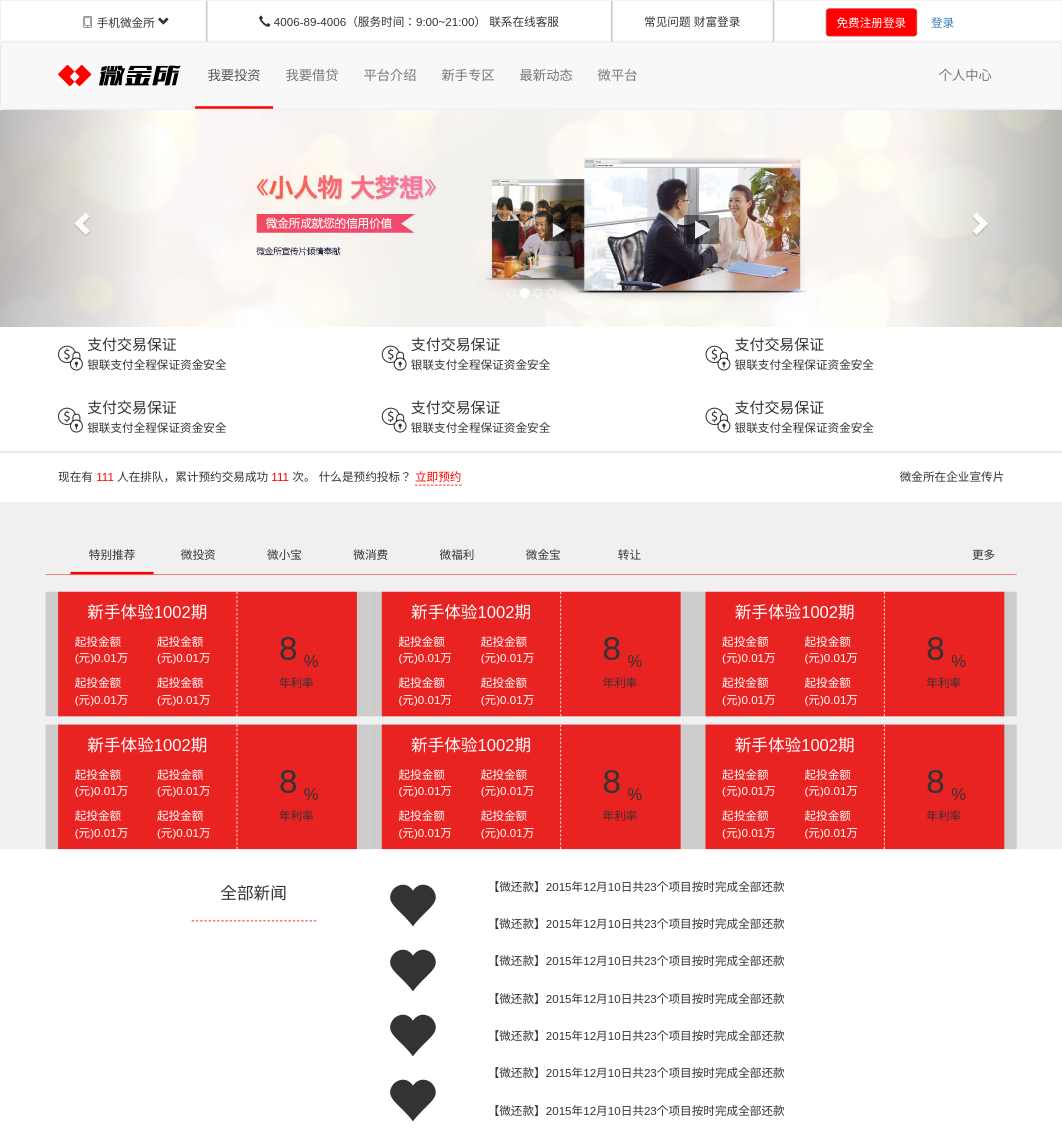
Repository: pwy114pwy/project_02
Page: 菜单.html
The author's editor kept a copy of each file at every save. The page is drawn from the files as they stood at one save, then again after a run of saves.
The browser window is 1280 px wide. The pictures show the whole page, at 83% of full size.
The style sheet was rebuilt from its Sass, Less or Tailwind sources for each picture, by a compiler version that may differ from the author's.

Above is the page before, as saved 2022-11-23 18:11:22.

### 菜单.html
<!DOCTYPE html>
<html lang="en">

<head>
    <!-- 页面的编码格式 -->
    <meta charset="UTF-8">
    <!-- 为了使IE浏览器以最新浏览器edge来渲染页面 -->
    <meta http-equiv="X-UA-Compatible" content="IE=edge">
    <!-- 视口vp，针对于移动端 -->
    <meta name="viewport" content="width=device-width, initial-scale=1.0">
    <!-- 引入Bootstrap框架的CSS样式 -->
    <link rel="stylesheet" href="./lib/bootstrap/css/bootstrap.css">
    <link rel="stylesheet" href="./css/base.css">
    <link rel="stylesheet" href="./css/01.css">
    <title>Document</title>
</head>

<body>
    <header class="wjs-top hidden-xs hidden-sm">
        <div class="container">
            <div class="row">
                <div class="col-md-2">
                    <a href="">
                        <span class="wjs_icon wjs_icon_phone"></span>
                        <span>手机微金所</span>
                        <span class="glyphicon glyphicon-chevron-down"></span>
                        <img src="./images/code.jpg" alt="">
                    </a>
                </div>
                <div class="col-md-5">
                    <span class="glyphicon glyphicon-earphone"></span>
                    <span>4006-89-4006（服务时间：9:00~21:00） 联系在线客服</span>
                </div>
                <div class="col-md-2">
                    <a href="">常见问题</a>
                    <a href="">财富登录</a>
                </div>
                <div class="col-md-3">
                    <button type="button" class="btn btn-danger">免费注册登录</button>


                    <button type="button" class="btn btn-link">登录</button>
                </div>
            </div>
        </div>
    </header>


    <nav class="navbar navbar-default wjs-navbar">
        <div class="container">
            <!-- Brand and toggle get grouped for better mobile display -->
            <div class="navbar-header">
                <button type="button" class="navbar-toggle collapsed" data-toggle="collapse"
                    data-target="#bs-example-navbar-collapse-1" aria-expanded="false">
                    <span class="sr-only">Toggle navigation</span>
                    <span class="icon-bar"></span>
                    <span class="icon-bar"></span>
                    <span class="icon-bar"></span>
                </button>
                <a class="navbar-brand" href="#">
                    <span class="wjs_icon wjs_icon_logo"></span>
                    <span class="wjs_icon wjs_icon_text"></span>
                </a>
            </div>

            <!-- Collect the nav links, forms, and other content for toggling -->
            <div class="collapse navbar-collapse" id="bs-example-navbar-collapse-1">
                <ul class="nav navbar-nav wjs-navbar-nav">
                    <li class="active"><a href="#">我要投资 <span class="sr-only">(current)</span></a></li>
                    <li><a href="#">我要借贷</a></li>
                    <li><a href="#">平台介绍</a></li>
                    <li><a href="#">新手专区</a></li>
                    <li><a href="#">最新动态</a></li>
                    <li><a href="#">微平台</a></li>

                </ul>

                <ul class="nav navbar-nav navbar-right">
                    <li><a href="#">个人中心</a></li>

                </ul>
            </div><!-- /.navbar-collapse -->
        </div><!-- /.container-fluid -->
    </nav>

    <div class="lunbo visible-md visible-lg">
        <div id="carousel-example-generic" class="carousel slide" data-ride="carousel">
            <!-- Indicators -->
            <ol class="carousel-indicators">
              <li data-target="#carousel-example-generic" data-slide-to="0" class="active"></li>
              <li data-target="#carousel-example-generic" data-slide-to="1"></li>
              <li data-target="#carousel-example-generic" data-slide-to="2"></li>
              <li data-target="#carousel-example-generic" data-slide-to="3"></li>
            </ol>

            <!-- Wrapper for slides -->
            <div class="carousel-inner" role="listbox">
              <div class="item active">
                <img src="./images/slide_01_2000x410.jpg" alt="...">
                <div class="carousel-caption">

                </div>
              </div>
              <div class="item">
                <img src="./images/slide_02_2000x410.jpg" alt="...">
                <div class="carousel-caption">

                </div>
              </div>
              <div class="item">
                <img src="./images/slide_03_2000x410.jpg" alt="...">
                <div class="carousel-caption">

                </div>
              </div>
              <div class="item">
                <img src="./images/slide_04_2000x410.jpg" alt="...">
                <div class="carousel-caption">

                </div>
              </div>

            </div>

            <!-- Controls -->
            <a class="left carousel-control" href="#carousel-example-generic" role="button" data-slide="prev">
              <span class="glyphicon glyphicon-chevron-left" aria-hidden="true"></span>
              <span class="sr-only">Previous</span>
            </a>
            <a class="right carousel-control" href="#carousel-example-generic" role="button" data-slide="next">
              <span class="glyphicon glyphicon-chevron-right" aria-hidden="true"></span>
              <span class="sr-only">Next</span>
            </a>
          </div>
    </div>

    <div class="baozhang">
        <div class="container">
            <div class="row">
                <div class="col-sm-6 col-md-4">
                    <span class="wjs_icon wjs_icon_E900"></span>
                    <div class="right">
                        <a href="">支付交易保证</a>
                        <a href="">银联支付全程保证资金安全</a>
                    </div>
                </div>
                <div class="col-sm-6 col-md-4">
                    <span class="wjs_icon wjs_icon_E900"></span>
                    <div class="right">
                        <a href="">支付交易保证</a>
                        <a href="">银联支付全程保证资金安全</a>
                    </div>
                </div>
                <div class="col-sm-6 col-md-4">
                    <span class="wjs_icon wjs_icon_E900"></span>
                    <div class="right">
                        <a href="">支付交易保证</a>
                        <a href="">银联支付全程保证资金安全</a>
                    </div>
                </div>
                <div class="col-sm-6 col-md-4">
                    <span class="wjs_icon wjs_icon_E900"></span>
                    <div class="right">
                        <a href="">支付交易保证</a>
                        <a href="">银联支付全程保证资金安全</a>
                    </div>
                </div>
                <div class="col-sm-6 col-md-4">
                    <span class="wjs_icon wjs_icon_E900"></span>
                    <div class="right">
                        <a href="">支付交易保证</a>
                        <a href="">银联支付全程保证资金安全</a>
                    </div>
                </div>
                <div class="col-sm-6 col-md-4">
                    <span class="wjs_icon wjs_icon_E900"></span>
                    <div class="right">
                        <a href="">支付交易保证</a>
                        <a href="">银联支付全程保证资金安全</a>
                    </div>
                </div>


            </div>

        </div>
    </div>

    <div class="paidui">
        <div class="container">
            <a href="">现在有</a>
            <p>111</p>
            <a href="">人在排队，累计预约交易成功</a>
            <p>111</p>
            <a href="">次。 什么是预约投标？ </a>
            <p class="yuyue">立即预约</p>
            <a href="" class="visible-lg">微金所在企业宣传片</a>
        </div>

    </div>


    <div class="xialiebiao">

        <div class="container">
            <div class="row">
                <div><a href="#">特别推荐 <span class="sr-only">(current)</span></a></div>
                <div><a href="#">微投资</a></div>
                <div><a href="#">微小宝</a></div>
                <div><a href="#">微消费</a></div>
                <div><a href="#">微福利</a></div>
                <div><a href="#">微金宝</a></div>
                <div><a href="#">转让</a></div>
                <div class="hidden-sm hidden-xs hidden-md"><a href="#">更多</a></div>
            </div>

        </div>




    </div>

    <div class="touzi">
        <div class="container">
            <div class="row">
                <div class="col-xs-12 col-sm-6  col-md-4">
                    <div>
                        <div class="left">
                            <div class="top">
                                <a href="">新手体验1002期</a>
                            </div>
                            <div class="bottom">
                                <p>起投金额(元)0.01万</p>
                                <p>起投金额(元)0.01万</p>
                                <p>起投金额(元)0.01万</p>
                                <p>起投金额(元)0.01万</p>
                            </div>
                        </div>
                        <div class="right">

                                <a href="">8</a>
                                <a href="">%</a>
                                <a href="">年利率</a>
                        </div>
                    </div>
                </div>

                <div class="col-xs-12 col-sm-6  col-md-4">
                    <div>
                        <div class="left">
                            <div class="top">
                                <a href="">新手体验1002期</a>
                            </div>
                            <div class="bottom">
                                <p>起投金额(元)0.01万</p>
                                <p>起投金额(元)0.01万</p>
                                <p>起投金额(元)0.01万</p>
                                <p>起投金额(元)0.01万</p>
                            </div>
                        </div>
                        <div class="right">

                                <a href="">8</a>
                                <a href="">%</a>
                                <a href="">年利率</a>
                        </div>
                    </div>
                </div>

                <div class="col-xs-12 col-sm-6  col-md-4">
                    <div>
                        <div class="left">
                            <div class="top">
                                <a href="">新手体验1002期</a>
                            </div>
                            <div class="bottom">
                                <p>起投金额(元)0.01万</p>
                                <p>起投金额(元)0.01万</p>
                                <p>起投金额(元)0.01万</p>
                                <p>起投金额(元)0.01万</p>
                            </div>
                        </div>
                        <div class="right">

                                <a href="">8</a>
                                <a href="">%</a>
                                <a href="">年利率</a>
                        </div>
                    </div>
                </div>

                <div class="col-xs-12 col-sm-6  col-md-4">
                    <div>
                        <div class="left">
                            <div class="top">
                                <a href="">新手体验1002期</a>
                            </div>
                            <div class="bottom">
                                <p>起投金额(元)0.01万</p>
                                <p>起投金额(元)0.01万</p>
                                <p>起投金额(元)0.01万</p>
                                <p>起投金额(元)0.01万</p>
                            </div>
                        </div>
                        <div class="right">

                                <a href="">8</a>
                                <a href="">%</a>
                                <a href="">年利率</a>
                        </div>
                    </div>
                </div>

                <div class="col-xs-12 col-sm-6  col-md-4">
                    <div>
                        <div class="left">
                            <div class="top">
                                <a href="">新手体验1002期</a>
                            </div>
                            <div class="bottom">
                                <p>起投金额(元)0.01万</p>
                                <p>起投金额(元)0.01万</p>
                                <p>起投金额(元)0.01万</p>
                                <p>起投金额(元)0.01万</p>
                            </div>
                        </div>
                        <div class="right">

                                <a href="">8</a>
                                <a href="">%</a>
                                <a href="">年利率</a>
                        </div>
                    </div>
                </div>

                <div class="col-xs-12 col-sm-6  col-md-4">
                    <div>
                        <div class="left">
                            <div class="top">
                                <a href="">新手体验1002期</a>
                            </div>
                            <div class="bottom">
                                <p>起投金额(元)0.01万</p>
                                <p>起投金额(元)0.01万</p>
                                <p>起投金额(元)0.01万</p>
                                <p>起投金额(元)0.01万</p>
                            </div>
                        </div>
                        <div class="right">

                                <a href="">8</a>
                                <a href="">%</a>
                                <a href="">年利率</a>
                        </div>
                    </div>
                </div>

            </div>
        </div>
    </div>

    <div class="news">
        <div class="container">
            <div class="row">
                <div class="col-lg-4 col-push-3">
                    <a href="">全部新闻</a>
                </div>

                <div class="col-lg-1">
                    <ul>
                        <li class="glyphicon glyphicon-heart"></li>
                        <li class="glyphicon glyphicon-heart"></li>
                        <li class="glyphicon glyphicon-heart"></li>
                        <li class="glyphicon glyphicon-heart"></li>

                    </ul>
                </div>
                <div class="col-lg-7">
                    <div>
                        <ul>
                            <li><a href="">【微还款】2015年12月10日共23个项目按时完成全部还款</a></li>
                            <li><a href="">【微还款】2015年12月10日共23个项目按时完成全部还款</a></li>
                            <li><a href="">【微还款】2015年12月10日共23个项目按时完成全部还款</a></li>
                            <li><a href="">【微还款】2015年12月10日共23个项目按时完成全部还款</a></li>
                            <li><a href="">【微还款】2015年12月10日共23个项目按时完成全部还款</a></li>
                            <li><a href="">【微还款】2015年12月10日共23个项目按时完成全部还款</a></li>
                            <li><a href="">【微还款】2015年12月10日共23个项目按时完成全部还款</a></li>

                        </ul>
                    </div>
                </div>
            </div>
        </div>
    </div>


    <script src="./lib/jquery/jquery.js"></script>
    <script src="./lib/bootstrap/js/bootstrap.js"></script>
</body>

</html>

### css/01.less
.wjs-top {
    line-height: 50px;
    height: 50px;
    border: 1px solid #eee;

    .row {
        >div {
            text-align: center;
            height: 50px;

            &:nth-child(-n+3) {
                border-right: 2px solid #ccc;
            }

            a {
                position: relative;
                display: block;

                &:hover {
                    img {
                        z-index: 999;
                        display: block;
                    }
                }

                img {
                    display: none;
                    position: absolute;
                    top: 50px;
                    left: 26px;
                    border: 1px solid #ccc;
                    border-top: 0;
                }

            }

            &:nth-child(3) {
                a {
                    display: inline;
                }
            }

            &:nth-child(4) {
                button {
                    &:nth-child(1) {
                        background-color: red;
                    }
                }
            }

        }

    }
}

.wjs-navbar {
    margin-bottom: 0;
    .wjs-navbar-nav {
        a {
            height: 80px;
            line-height: 50px;
            font-size: 16px;

            &:hover {
                border-bottom: 3px solid red;
            }
        }

        .active {
            a {
                border-bottom: 3px solid red;
                background-color: transparent;

                &:hover {
                    background-color: transparent;

                }
            }
        }
    }

    .navbar-header {
        button {
            margin-top: 24px;
        }
    }

    .navbar-right {
        li {
            a {
                height: 80px;
                line-height: 50px;
                font-size: 16px;

                &:hover {
                    border-bottom: 3px solid red;
                }
            }
        }
    }

    .navbar-brand {
        span {
            height: 80px;
            line-height: 50px;
            font-size: 40px;

            &:nth-child(1) {
                color: red;
            }

            &:nth-child(2) {
                color: black;
            }
        }
    }
}


.baozhang {
    border-bottom: 1px solid #ccc;
    // position: relative;
    // height: 150px;
    // background-color: aqua;
    .row {
        div {
            // width: 390px;
            height: 75px;

            // background-color: rgb(180, 73, 73);

            span {
                line-height: 75px;
                display: inline-block;
                font-size: 30px;
            }

            .right {
                // width: 300px;
                position: absolute;
                top: 10px;
                left: 50px;
                height: 50px;

                // background-color: antiquewhite;
                a:nth-child(1) {
                    font-size: 18px;
                    display: block;
                    // background-color: aqua;
                }
            }
        }
    }
}

.paidui {
    position: relative;
    // display: flex;
    // top: 20px;

    // height: 60px;
    // background-color: blueviolet;
    a{
        height: 60px;
        line-height: 60px;
    }
    a:last-child {

        float: right;
    }

    p {
        height: 20px;
        line-height: 35 px;
        display: inline-block;
        color: red;
    }
    .yuyue{
        border-bottom: 1px dashed red;
    }
}

.xialiebiao {
    .container{
        border-bottom: 1px solid rgb(237, 73, 73);
    }
    background-color: #f0f0f0;
    // height: 90px;
    padding-top: 40px;
    .row{
        position: relative;
        left: 30px;
        div{
            text-align: center;
            display: inline-block;
            width: 100px;
            height: 47px;
            line-height: 47px;
            // background-color: antiquewhite;
            &:first-child{
                border-bottom: 3px solid red;
            }
            &:last-child{
                position: absolute;
                left: 1050px;
            }
            &:hover{
                border-bottom: 3px solid red;

            }
        }
    }
}
.touzi{

    background-color: #f0f0f0;

    .row{
        padding-top: 10px;
        >div{
            margin-top: 10px;
            position: relative;
            display: inline-block;
            // width: 390px;
            height: 150px;
            // border: 1px solid red;
            background-color: #ccc;
            >div{
                // width: 360px;
                height: 150px;
                display: flex;
                background-color: #e92322;
                .left{

                    width: 60%;
                    height: 150px;
                    border-right: 1px dashed white;

                    .top{
                        text-align: center;
                        height: 50px;
                        line-height: 50px;
                        a{
                            color: white;
                            font-size: 20px;
                        }
                        // background-color: azure;
                    }
                    .bottom{
                        // display: flex;
                        p{

                            margin-left: 20px;
                            // float: left;
                            // flex-wrap: wrap;
                            width: 35%;
                            height: 40px;
                            // background-color: #ccc;
                            display: inline-block;
                            // display: flex;
                            color: white;

                        }
                    }
                }
                .right{
                    position: relative;
                    width: 40%;
                    height: 150px;

                    a{
                        position: absolute;
                        display: inline-block;
                        &:first-child{
                            top: 40px;
                            left: 50px;
                            font-size: 40px;
                            // background-color: #e92322;
                        }
                        &:nth-child(2){
                            font-size: 20px;
                            top: 70px;
                            left: 80px;
                            // background-color: azure;
                        }
                        &:last-child{
                            top: 100px;
                            left:50px;
                        }
                    }

                }
            }
        }
    }
}
.news{
    margin-top: 20px;
    height: 320px;
    .row{
        div:nth-child(1){

            height: 66.7px;
            // background-color: #e92322;
           > a{  text-align: center;
                width: 150px;
                font-size: 20px;
                position: absolute;
                left: 45%;
                line-height: 66px;
                border-bottom: 1px dashed red;
            }
        }
        div:nth-child(2){

            // background-color: #22e961;
            ul{
                margin-left: -55px;
                display: flex;
                flex-wrap: wrap;
            }
            li{
                // float: left;
                // border-radius: 50%;
                margin-left: 20px;
                margin-top: 18px;
                list-style: none;
                width: 60px;
                height: 60px;
                // background-color: #e92322;
                font-size: 60px;
                &:hover{
                    background-color: #eee;
                }
            }
        }
        div:nth-child(3){
            height: 320px;
            // background-color: #2233e9;
            div{
                ul{
                    margin-left: -10px;
                }
                li{
                    margin-top: 5px;
                    list-style: none;
                    height: 40px;
                    // background-color: #e92322;
                    a{
                        line-height: 40px;
                        // display: inline-block;
                    }
                }
            }
        }
    }
}

Loaded but not shown: lib/bootstrap/css/bootstrap.css (library); lib/jquery/jquery.js (library); lib/bootstrap/js/bootstrap.js (library); css/base.css (120 lines, source omitted)

After the next 2 saves:
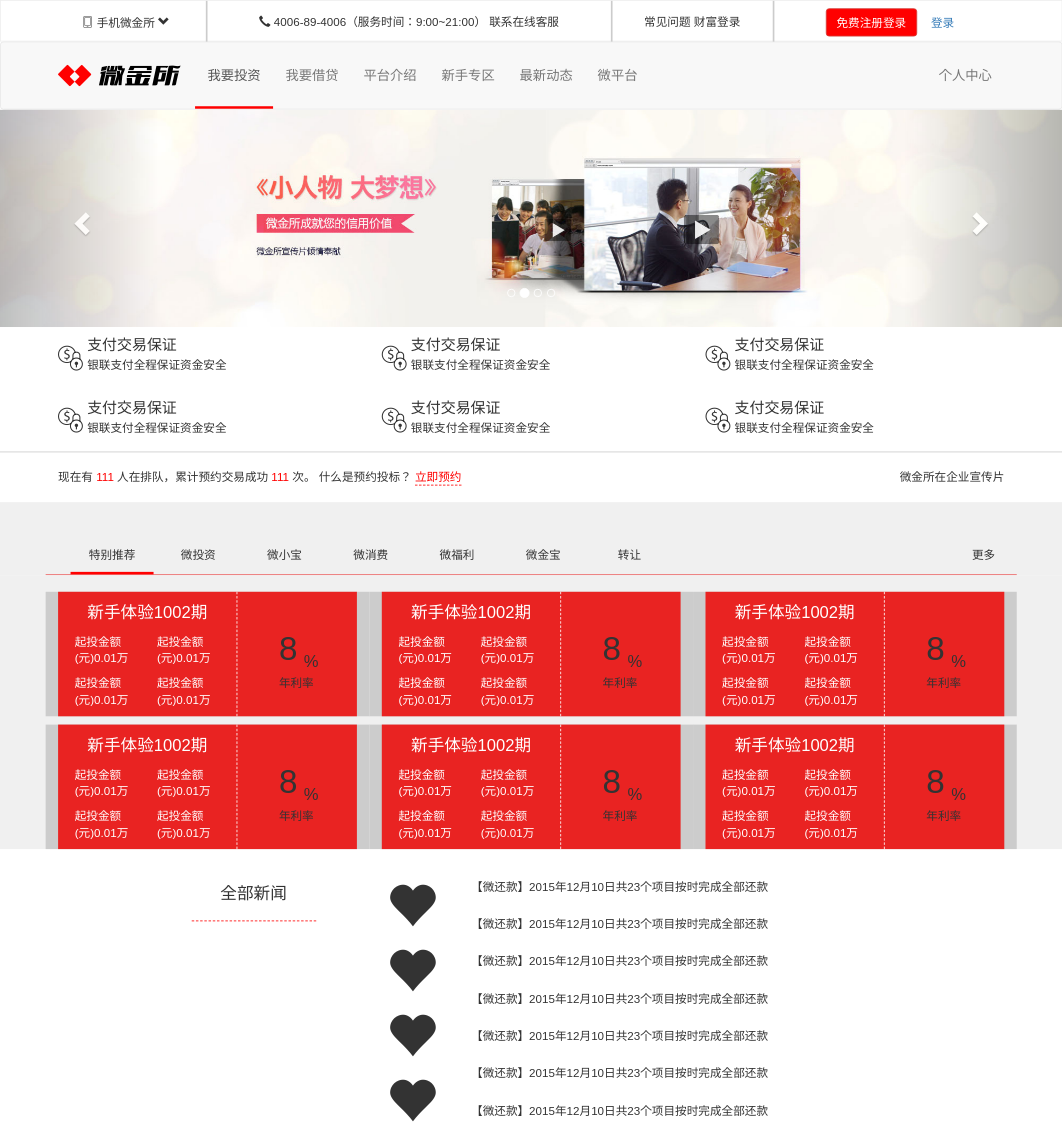
The 2 saves are shown as one change because they came seconds apart.
The last was saved 7 s later.
--- a/css/01.less
+++ b/css/01.less
@@ -339,7 +339,7 @@
             // background-color: #2233e9;
             div{
                 ul{
-                    margin-left: -10px;
+                    margin-left: -30px;
                 }
                 li{
                     margin-top: 5px;
